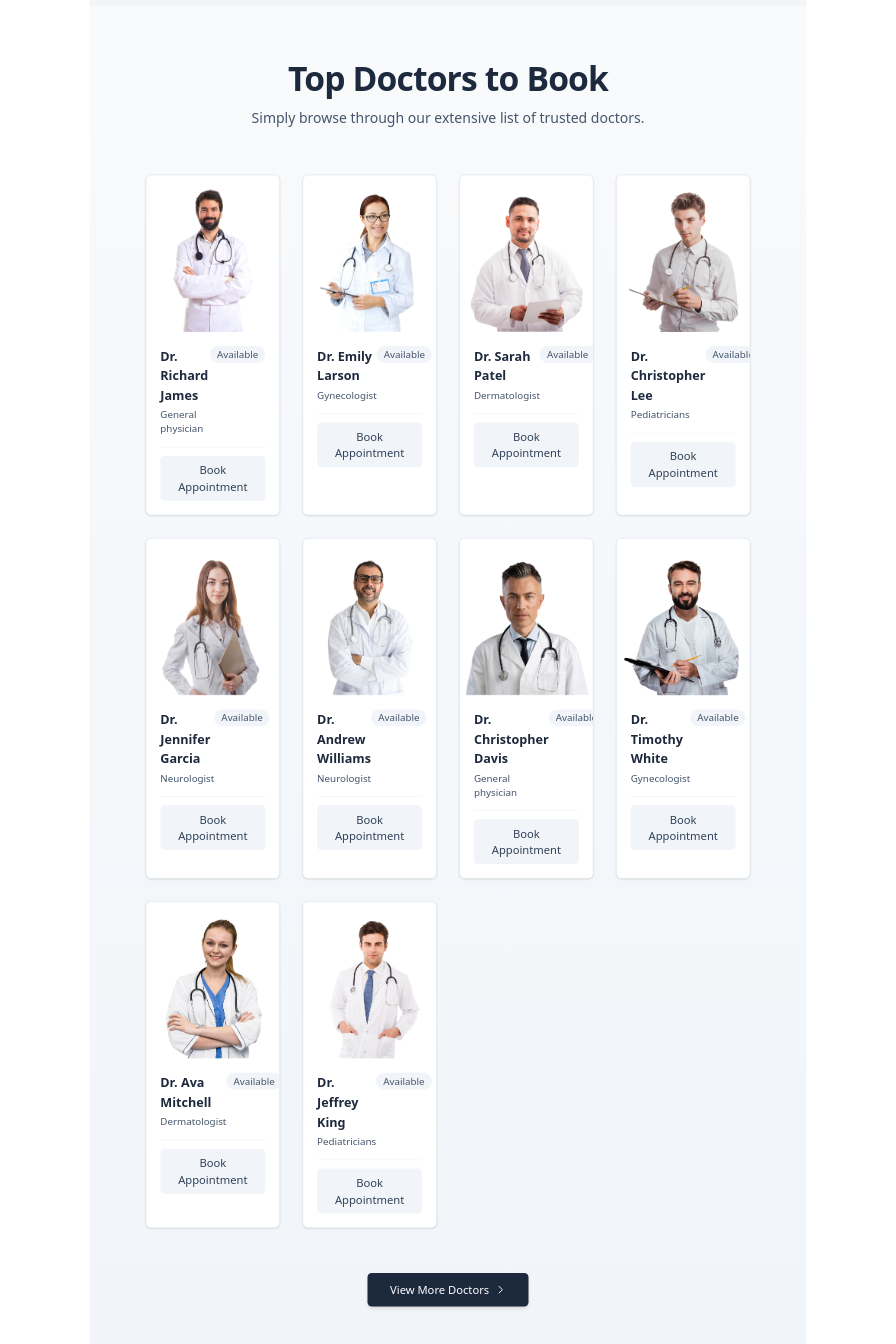
Repository: Pran2535/appointement_booking
Page: / (app in frontend/)
These files come from the project's save history. The page is drawn as it stood at one moment and after the next save; the edit follows.
The browser window is 1280 px wide. The pictures show the part of the page from y = 1448 to 3368 px (the page is 3395 px tall before and 2716 px after), at 70% of full size.
The project was rebuilt for these pictures with package versions that can differ from the ones it lists, and the page was loaded fresh each time. Also part of the build but not shown: frontend/vite.config.js, frontend/src/pages/About.jsx, frontend/src/pages/MyAppointments.jsx, frontend/src/pages/Doctors.jsx, frontend/src/pages/Login.jsx, frontend/src/pages/Contact.jsx, frontend/src/pages/MyProfile.jsx, frontend/src/pages/Appointment.jsx.

Above is the page before, as saved 2025-02-16 21:43:46.

### frontend/index.html
<!doctype html>
<html lang="en">
  <head>
    <meta charset="UTF-8" />
    <link rel="icon" type="image/svg+xml" href="/vite.svg" />
    <meta name="viewport" content="width=device-width, initial-scale=1.0" />
    <title>Mishra healthcare</title>
  </head>
  <body>
    <div id="root"></div>
    <script type="module" src="/src/main.jsx"></script>
  </body>
</html>

### frontend/src/main.jsx
import { StrictMode } from 'react'
import { createRoot } from 'react-dom/client'
import './index.css'
import App from './App.jsx'
import { BrowserRouter } from 'react-router-dom'

createRoot(document.getElementById('root')).render(
<BrowserRouter>
    <App />
  </BrowserRouter>,
)

### frontend/src/App.jsx
import React from 'react'
import { Route, Routes } from 'react-router-dom'
import Home from './pages/Home'
import About from './pages/About'
import MyAppointments from './pages/MyAppointments'
import Doctors from './pages/Doctors'
import Login from './pages/Login'
import Contact from './pages/Contact'
import MyProfile from './pages/MyProfile'
import Appointment from './pages/Appointment'
import Navbar from './components/Navbar'

const App = () => {
  return (
    <div className='mx-4 sm:mx-[10%]'>
      <Navbar/>{ /* mounted navbar component before routes so that it gets displayed over the all routes */}
      <Routes>
        <Route path='/' element={<Home />} />
        <Route path='/about' element={<About />} />
        <Route path='/my-appointments' element={<MyAppointments />} />
        <Route path='/doctors' element={<Doctors/>}/>
        <Route path='/doctors/:speciality' element={<Doctors/>}/>
        <Route path ='/login' element={<Login/>}/>
        <Route path='/contact' element={<Contact/>}/>
        <Route path ='/my-profile' element={<MyProfile/>}/>
        <Route path ='/appointments/:docId' element={<Appointment/>}/>
      </Routes>
    </div>
  )
}

export default App

### frontend/src/pages/Home.jsx
import React from 'react'
import Header from '../components/Header'
import SpecialityMenu from '../components/SpecialityMenu'
import TopDoctors from '../components/TopDoctors'

const Home = () => {
  return (
    <div>
      <Header/>
      <SpecialityMenu/>
      <TopDoctors/>
    </div>
  )
}

export default Home

### frontend/src/components/Navbar.jsx
import React, { useState } from 'react'
import { NavLink, useNavigate } from 'react-router-dom'
import { assets } from '../assets/assets'

const links = [
  { to: '/', label: 'Home' },
  { to: '/doctors', label: 'All Doctors' },
  { to: '/about', label: 'About' },
  { to: '/contact', label: 'Contact' }
]

const Navbar = () => {
  const navigate = useNavigate();
  const [showMenu, setShowMenu]=useState(false);
  const [token,setToken]=useState(true);


  return (
    <nav className="sticky top-0 bg-white shadow-sm z-50">
      <div className="max-w-7xl mx-auto px-4 sm:px-6 lg:px-8 py-4 flex items-center justify-between">
        {/* Logo */}
        <div className="flex-shrink-0">
          <img
            className="w-32 md:w-40 lg:w-44 h-auto cursor-pointer transition-transform hover:scale-105"
            src={assets.logo}
            alt="Company Logo"
          />
        </div>

        {/* Navigation Links */}
        <div className="hidden md:block">
          <ul className="flex items-center space-x-8">
            {links.map((l, i) => (
              <React.Fragment key={l.to}>
                <NavLink
                  to={l.to}
                  className={({ isActive }) =>
                    `font-medium transition-colors duration-200 hover:text-blue-600 ${
                      isActive ? 'text-blue-600' : 'text-gray-700'
                    }`
                  }
                >
                  {l.label}
                </NavLink>
                {i < links.length - 1 && (
                  <div className="h-5 w-px bg-gray-300" aria-hidden="true" />
                )}
              </React.Fragment>
            ))}
          </ul>
        </div>

        {/* CTA Button */}
        <div className="flex items-center gap-4">
            {
                token?
                <div className='flex items-center gap-2 cursor-pointer group relative' >
                    <img className='w-8 rounded-full' src={assets.profile_pic} alt="" />
                    <img className='w-2.5 ' src={assets.dropdown_icon} alt="" />
                    <div className='absolute top-0 right-0 pt-14 text-base font-medium text-gray-600 z-20 hidden group-hover:block'>
                        <div className='min-w-48 bg-stone-100 rounded flex flex-col gap-4 p-4'>
                            <p onClick={()=>navigate('/my-appointments')} className='hover:text-black cursor-pointer'>My Appointments</p>
                            <p onClick={()=>navigate('/my-profile')} className='hover:text-black cursor-pointer'>My Profile</p>
                            <p onClick={()=>setToken(false)} className='hover:text-black cursor-pointer'>Logout</p>
                        </div>
                    </div>
                </div>

                :
                 <button
            onClick={() => navigate('/login')}
            className="hidden cursor-pointer md:block bg-blue-600 hover:bg-blue-700 text-white px-6 py-3 rounded-full font-semibold transition-colors duration-200 focus:outline-none focus:ring-2 focus:ring-blue-500 focus:ring-offset-2 shadow-md"
          >
            Create Account
          </button>
            }

        </div>
      </div>
    </nav>
  )
}

export default Navbar

### frontend/src/components/Header.jsx
import React from 'react';
import { assets } from '../assets/assets';

const Header = () => {
  const handleScroll = (e) => {
    e.preventDefault();
    const element = document.querySelector('#speciality');
    if (element) {
      element.scrollIntoView({
        behavior: 'smooth',
        block: 'start'
      });
    }
  };

  return (
    <div className="mt-4 flex flex-col md:flex-row justify-between items-center bg-blue-400 px-6 md:px-10 lg:px-20 py-12 text-white">
      {/* Left side */}
      <div className="w-full md:w-1/2 space-y-10 mb-8 md:mb-0">
        <div className="space-y-2">
          <h1 className="text-4xl lg:text-5xl font-bold leading-tight tracking-tight">
            Book Appointment
          </h1>
          <h2 className="text-3xl lg:text-4xl font-semibold text-blue-100 leading-relaxed">
            With Trusted Doctors
          </h2>
        </div>

        <div className="space-y-6">
          <div className="flex items-center space-x-4">
            <img
              src={assets.group_profiles}
              alt="Doctor Profiles"
              className="w-32 h-auto object-contain drop-shadow-lg"
            />
          </div>

          <div className="space-y-3">
            <p className="text-lg md:text-xl text-blue-50 leading-relaxed font-light tracking-wide">
              Simply browse through our extensive list of trusted doctors,
            </p>
            <p className="text-lg md:text-xl text-blue-50 leading-relaxed font-light tracking-wide">
              schedule your appointment hassle-free.
            </p>
          </div>
        </div>

        <a
          href="#speciality"
          onClick={handleScroll}
          className="inline-flex items-center space-x-4 bg-gradient-to-r from-blue-500 to-purple-500 hover:from-blue-600 hover:to-purple-600 text-white font-bold uppercase px-8 py-4 rounded-full shadow-lg transition-all duration-300 hover:scale-105 tracking-wider text-sm"
        >
          <span>Book Appointment</span>
          <img
            src={assets.arrow_icon}
            alt="Arrow"
            className="w-5 h-5 transform group-hover:translate-x-1 transition-transform"
          />
        </a>
      </div>

      {/* Right side */}
      <div className="w-full md:w-1/2 flex justify-center md:justify-end mt-8 md:mt-0">
        <img
          src={assets.header_img}
          alt="Header illustration"
          className="w-full max-w-lg h-auto object-contain drop-shadow-xl"
        />
      </div>
    </div>
  );
};

export default Header;

### frontend/src/components/SpecialityMenu.jsx
import React from 'react';
import { specialityData } from '../assets/assets';
import { Link } from 'react-router-dom';

const SpecialityMenu = () => {
  return (
    <section
      id="speciality"
      className="px-6 md:px-12 lg:px-20 py-16 bg-gradient-to-b from-gray-50 to-gray-100"
    >
      <div className="max-w-6xl mx-auto">
        {/* Header Section */}
        <header className="text-center space-y-4 mb-12">
          <h1 className="text-3xl md:text-4xl font-bold text-gray-800 tracking-tight">
            Find by Speciality
          </h1>
          <p className="text-lg md:text-xl text-gray-600 max-w-2xl mx-auto leading-relaxed font-light">
            Simply browse through our extensive list of trusted doctors and schedule your appointment hassle-free.
          </p>
        </header>

        {/* Speciality Grid */}
        <div className="grid grid-cols-2 sm:grid-cols-3 md:grid-cols-4 gap-6 md:gap-8">
          {specialityData.map((item, index) => (
            <Link
            onClick={()=>scrollTo(0,0)}
              key={index}
              to={`/doctors/${item.speciality}`}
              className="group flex flex-col items-center bg-white p-6 md:p-8 rounded-2xl shadow-md hover:shadow-xl transition-all duration-300 hover:scale-105 border border-gray-100"
            >
              <div className="w-20 h-20 md:w-24 md:h-24 rounded-full bg-blue-50 flex items-center justify-center mb-4 group-hover:bg-blue-100 transition-colors duration-300">
                <img
                  src={item.image}
                  alt={item.speciality}
                  className="w-12 h-12 md:w-14 md:h-14 object-contain"
                />
              </div>
              <p className="text-lg font-semibold text-gray-800 text-center tracking-wide group-hover:text-blue-600 transition-colors duration-300">
                {item.speciality}
              </p>
            </Link>
          ))}
        </div>
      </div>
    </section>
  );
};

export default SpecialityMenu;

### frontend/src/components/TopDoctors.jsx
import React from 'react';
import { doctors } from '../assets/assets';

const TopDoctors = () => {
  return (
    <section className="py-20 bg-gradient-to-b from-slate-50 to-slate-100">
      <div className="max-w-6xl mx-auto px-6 md:px-12 lg:px-20">
        {/* Header Section */}
        <header className="text-center mb-16 space-y-4">
          <h1 className="text-4xl md:text-5xl font-bold text-slate-800 tracking-tight">
            Top Doctors to Book
          </h1>
          <p className="text-xl text-slate-600 max-w-2xl mx-auto font-light leading-relaxed">
            Simply browse through our extensive list of trusted doctors.
          </p>
        </header>

        {/* Doctors Grid */}
        <div className="grid grid-cols-1 sm:grid-cols-2 md:grid-cols-3 lg:grid-cols-4 gap-8">
          {doctors.slice(0, 10).map((doctor, index) => (
            <div
              key={index}
              className="group bg-white rounded-lg overflow-hidden border border-slate-200 shadow-sm hover:shadow-lg transition-all duration-300 transform hover:-translate-y-1"
            >
              <div className="relative overflow-hidden">
                <img
                  src={doctor.image}
                  alt={doctor.name}
                  className="w-full h-56 object-cover transform group-hover:scale-105 transition-transform duration-500"
                />
                <div className="absolute inset-0 bg-gradient-to-t from-slate-900/70 to-transparent opacity-0 group-hover:opacity-100 transition-opacity duration-300" />
              </div>

              <div className="p-5 space-y-4">
                <div className="flex justify-between items-start">
                  <div className="space-y-1">
                    <h3 className="text-lg font-semibold text-slate-800 group-hover:text-slate-600 transition-colors duration-300">
                      {doctor.name}
                    </h3>
                    <p className="text-slate-600 text-sm font-medium">
                      {doctor.speciality}
                    </p>
                  </div>
                  <span className="inline-flex items-center px-2.5 py-0.5 rounded-full bg-slate-100 text-slate-600 text-sm font-medium">
                    Available
                  </span>
                </div>

                <div className="pt-3 border-t border-slate-100">
                  <button className="w-full py-2 px-4 bg-slate-100 text-slate-700 rounded-md font-medium hover:bg-slate-200 transition-colors duration-300">
                    Book Appointment
                  </button>
                </div>
              </div>
            </div>
          ))}
        </div>

        {/* More Button */}
        <div className="flex justify-center mt-16">
          <button className="group relative px-8 py-3 bg-slate-800 text-white font-medium rounded-md overflow-hidden shadow-md hover:shadow-lg transition-all duration-300">
            <span className="relative z-10 flex items-center space-x-2">
              <span>View More Doctors</span>
              <svg
                className="w-4 h-4 transform group-hover:translate-x-1 transition-transform duration-300"
                fill="none"
                viewBox="0 0 24 24"
                stroke="currentColor"
              >
                <path strokeLinecap="round" strokeLinejoin="round" strokeWidth={2} d="M9 5l7 7-7 7" />
              </svg>
            </span>
            <div className="absolute inset-0 bg-slate-700 transform scale-x-0 group-hover:scale-x-100 transition-transform duration-300 origin-left" />
          </button>
        </div>
      </div>
    </section>
  );
};

export default TopDoctors;

Loaded but not shown: frontend/src/index.css (common file); frontend/src/assets/assets.js (299 lines, source omitted)

After the next save:
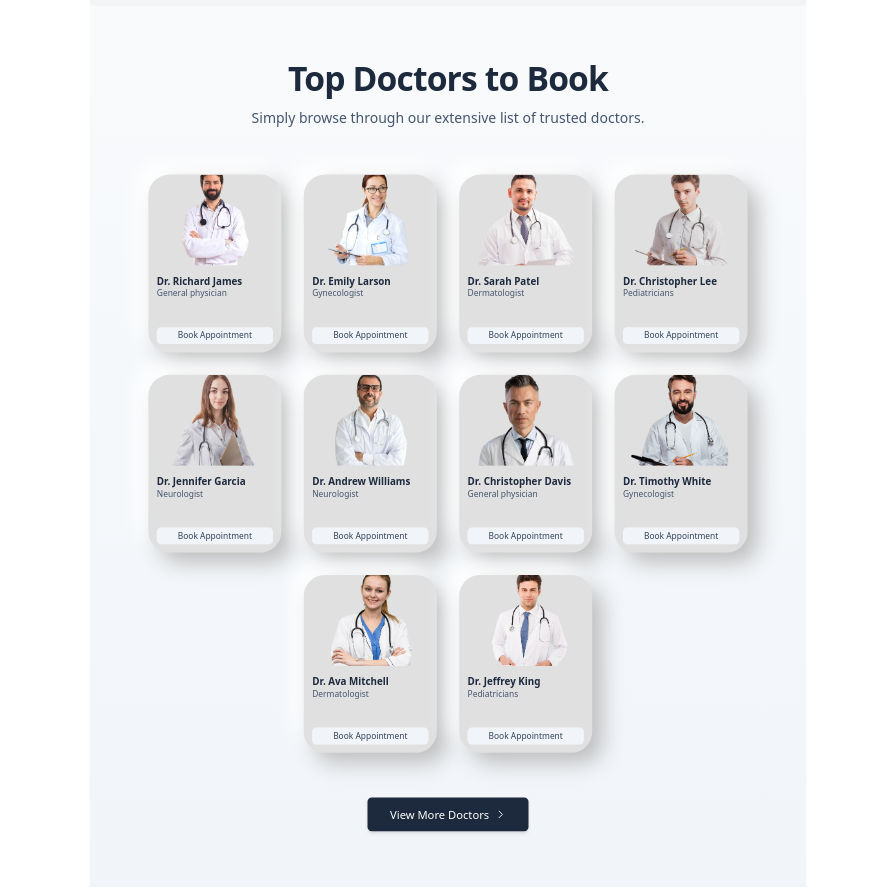
Saved 106 s later.
--- a/frontend/src/components/TopDoctors.jsx
+++ b/frontend/src/components/TopDoctors.jsx
@@ -16,41 +16,35 @@ const TopDoctors = () => {
         </header>
 
         {/* Doctors Grid */}
-        <div className="grid grid-cols-1 sm:grid-cols-2 md:grid-cols-3 lg:grid-cols-4 gap-8">
+        <div className="flex flex-wrap gap-8 justify-center">
           {doctors.slice(0, 10).map((doctor, index) => (
             <div
               key={index}
-              className="group bg-white rounded-lg overflow-hidden border border-slate-200 shadow-sm hover:shadow-lg transition-all duration-300 transform hover:-translate-y-1"
+              // From Uiverse.io by adamgiebl
+              className="group w-[190px] h-[254px] bg-[#e0e0e0] rounded-[30px] shadow-[15px_15px_30px_#bebebe,_-15px_-15px_30px_#ffffff] transition-all duration-300 transform hover:-translate-y-1 flex flex-col overflow-hidden"
             >
-              <div className="relative overflow-hidden">
+              {/* Image Container */}
+              <div className="relative h-[130px] overflow-hidden">
                 <img
                   src={doctor.image}
                   alt={doctor.name}
-                  className="w-full h-56 object-cover transform group-hover:scale-105 transition-transform duration-500"
+                  className="w-full h-full object-cover"
                 />
-                <div className="absolute inset-0 bg-gradient-to-t from-slate-900/70 to-transparent opacity-0 group-hover:opacity-100 transition-opacity duration-300" />
               </div>
 
-              <div className="p-5 space-y-4">
-                <div className="flex justify-between items-start">
-                  <div className="space-y-1">
-                    <h3 className="text-lg font-semibold text-slate-800 group-hover:text-slate-600 transition-colors duration-300">
-                      {doctor.name}
-                    </h3>
-                    <p className="text-slate-600 text-sm font-medium">
-                      {doctor.speciality}
-                    </p>
-                  </div>
-                  <span className="inline-flex items-center px-2.5 py-0.5 rounded-full bg-slate-100 text-slate-600 text-sm font-medium">
-                    Available
-                  </span>
+              {/* Details Container */}
+              <div className="flex-grow p-3 flex flex-col justify-between">
+                <div>
+                  <h3 className="text-sm font-semibold text-slate-800">
+                    {doctor.name}
+                  </h3>
+                  <p className="text-xs text-slate-600">
+                    {doctor.speciality}
+                  </p>
                 </div>
-
-                <div className="pt-3 border-t border-slate-100">
-                  <button className="w-full py-2 px-4 bg-slate-100 text-slate-700 rounded-md font-medium hover:bg-slate-200 transition-colors duration-300">
-                    Book Appointment
-                  </button>
-                </div>
+                <button className="mt-2 py-1 px-2 bg-slate-100 text-slate-700 rounded-md text-xs font-medium hover:bg-slate-200 transition-colors duration-300">
+                  Book Appointment
+                </button>
               </div>
             </div>
           ))}
